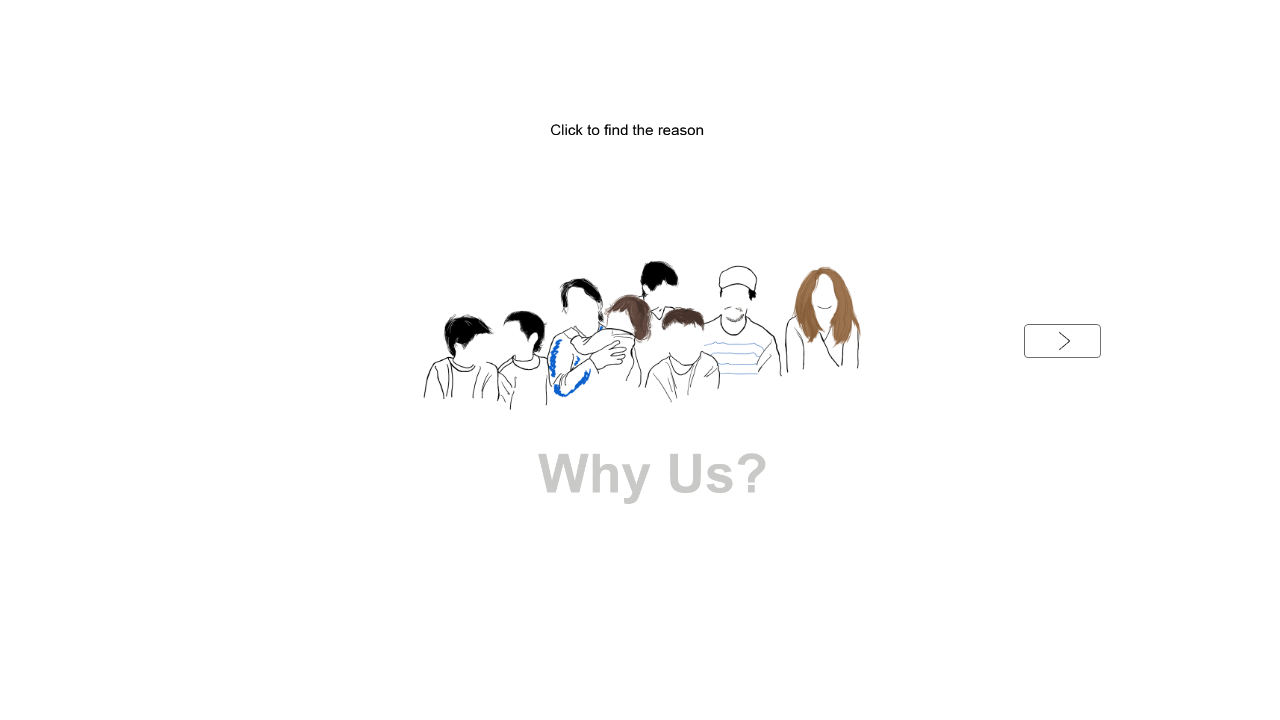
Repository: Lettie123/webpr4
Page: dis.html
The author's editor kept a copy of each file at every save. The page is drawn from the files as they stood at one save, then again after the next save.
The browser window is 1280 px wide. The pictures show the whole page.

Above is the page before, as saved 2020-12-03 14:20:10.

### dis.html
<html>
    <head>
        <meta charset="UTF-8">
        <meta name="viewport" content="width=device-width,initial-scale=1" />
        <meta name="viewport" content="width=device-width,initial-scale=1.0,maximum-scale=1.0,user-scalable=no">
        <link rel="stylesheet" type="text/css" href="style07.css">

<body>
    <div id="txt0">
        <div id="t1" style= "width:12%; position:absolute; top: 17%; left: 43%;">
            <img src="txt/find.png" style="width:100% ;position:absolute; top:0%; left:0%;" >
        </div>
    </div>
        <div id="whyusfm" style="width:35%; position:absolute; top:30%; left:0%;">
        <span>
            <img src="po/28.png" style="width:100% ;" >
        </span>
        </div>
        <div id="whyus"style="width:18%; position:absolute; top:62%; left:42%;">
            <span>
                <img src="txt/whyus0.png" style="width:100% ;" >
            </span>
        </div>

        <div id="chatb" style="display:none; width:27%; position:absolute; top:10%; left:7%;  ">
            <img src="reason/cbox.png" style="width:100%;" >
        </div>
    <div id="begain" onclick="change0()" style="width:6%; position:absolute; top:45%; left:80%;">
        <img src="img/right.png" style="width:100%;">
    </div>


    <div id="block" style="display: none;">
    </div>
    <div id="block3">
    </div>

        <div id="ren" style="display: none;">
        <img src="pepic/ren.png" style="width:22% ;position:absolute; top:29%; left:49%;" >
        </div>

        <div id="block2" style="display:none;">
            <div id="txta1" style="position:absolute; top:5%; left:4%; width:260px;">
            <h1 style="font-size:14px; font-style: italic; font-weight:normal; line-height: 20px; ">
                “Europe’s Roma minorities, long victims of discrimination and persecution, are typically the most vulnerable group to statelessness in the region.”
            </h1>
            </div>
        </div>

        <div id="r01" style="display: none; width:16% ;position:absolute; top:32%; left:63%;">
        <img src="pepic/R.png" style="width:100%;">
        </div>
        <div id="r02" style="display: none;width:16% ;position:absolute; top:32%; left:64%;">
            <img src="pepic/oma.png" style="width:100%;">
        </div>

        <div id="r01a" style="display: none; width:16% ;position:absolute; top:32%; left:63%;">
            <img src="pepic/R.png" style="width:100%;">
        </div>
        <div id="r02a" style="display: none;width:16% ;position:absolute; top:32%; left:64%;">
                <img src="pepic/oma.png" style="width:100%;">
        </div>


        <div id="r01b" style="display: none; width:16% ;position:absolute; top:43%; left:63%;">
            <img src="pepic/R.png" style="width:100% ;" >
            </div>
            <div id="r02b" style="display: none; width:16% ;position:absolute; top:43%; left:64%;">
                <img src="pepic/oma.png" style="width:100% ;" >
        </div>


    </div>
    <div id="TXT">
    <div id="txt1" style="position:absolute; top:10%; left:7.5%; width:26%; display:none;">
        <img src="txt/cgen01.png" style="width:100%;" >
    </div>
    <div id="txt2" style="position:absolute; top:10%; left:7.5%; width:26%; display:none;">
        <img src="txt/dis02.png" style="width:100%;" >
    </div>
    <div id="txt3" style="position:absolute; top:10%; left:7.5%; width:26%; display:none;">
        <img src="txt/dis03.png" style="width:100%;" >
    </div>
    </div>

    <div id="word" style="display: none;">
    <div id="ra">
        <h1 style="font-size:32px; font-weight: normal; line-height: 24px; color: #ffffff;
        position:absolute; top:30%; left:55%">Racism</h1>
    </div>
    <div id="rb">
        <h1 style="font-size:32px; font-weight: normal; line-height: 24px; color: #ffffff;
        position:absolute; top:42%; left:65%">Discrimination</h1>
    </div>
    <div id="rc">
        <h1 style="font-size:32px; font-weight: normal; line-height: 24px; color: #ffffff;
        position:absolute; top:34%; left:80%">War</h1>
    </div>
    <div id="rd">
        <h1 style="font-size:24px; font-weight: normal; line-height: 24px; color: #828181;
        position:absolute; top:42%; left:55%">History</h1>
    </div>
    <div id="re">
        <h1 style="font-size:24px; font-weight: normal; line-height: 24px; color: #828181;
        position:absolute; top:39%; left:75%">State Dissolution</h1>
    </div>
    <div id="rf">
        <h1 style="font-size:24px; font-weight: normal; line-height: 24px; color: #828181;
        position:absolute; top:36%; left:60%">National laws</h1>
    </div>
    <div id="rg">
        <h1 style="font-size:24px; font-weight: normal; line-height: 24px; color: #828181;
        position:absolute; top:29%; left:66%">Lack Document</h1>
    </div>
    <div id="rh">
        <h1 style="font-size:24px; font-weight: normal; line-height: 24px; color: #828181;
        position:absolute; top:26%; left:50%">Language</h1>
    </div>
    <div id="ri">
        <h1 style="font-size:32px; font-weight: normal; line-height: 24px; color: #ffffff;
        position:absolute; top:24%; left:85%">...</h1>
    </div>
    </div>

    <div id="line1" style="display:none;"></div>
    <div id="why" onclick="change1()" style="display: none; width: 13%; position: absolute; top: 50%; left:12.5%;">
        <img src="txt/whybu.png" style="width:100%;" >
    </div>

    <div id="others" onclick="change3()" style="display: none; width: 13%; position: absolute; top: 70%; left:12.5%;">
        <img src="txt/others.png" style="width:100%;" >
    </div>

    <style type="text/css">
        span{
        font-size: 30px;
        }
    </style>

    <div id="minority01" style="display:none;" >
        <div id="line02"></div>
        <h1 style="font-size:30px; font-weight:bold; line-height: 35px; color: #2a5ea3; position:absolute; top:34%; left:15%; ">
           Statelessness</br>
           &Minorities
        </h1>
        <h2 style="font-size:16px; font-weight:normal; line-height: 20px; color: #ffffff; position:absolute; top:47%; left:16%; text-align: justify; ">
            Minorities are especially vulnerable to statelessness.
        </h2>
        <h3 style="font-size:16px; font-weight:normal; line-height: 20px; color: #ffffff; position:absolute; top:60%; left:15%; text-align: justify;  ">
            Minorities make up a large portion of the world’s stateless population. This is due in part to indirect discrimination: as marginalized communities, they are especially likely to struggle with lack of resources and limited access to official systems of registration
        </h3>
        <h4 style="font-size:16px; font-weight:normal; line-height: 20px; color: #ffffff; position:absolute; top:13%; left:15%; text-align: justify;  ">
            <span>Minorities are</span> disadvantaged ethnic, national, religious, linguistic or cultural groups who are smaller in number than the rest of the population
        </h4>

    </div>
    <div id="mpeople"  style="display:none;" >
        <img src="pepic/minority.png" style="width:45%;" >
    </div>

    <div id="line1b" style="display: none;"></div>

    <div id="next"   style="display:none;" onclick="change5()">
        <div style="position: absolute; top:18%; left:30%; width:260px; color:white"> Next?</div>
        <img src="img/down1.png" style="width:6%;position: absolute; top:32%; left:60% " >
    </div>

    <script>
        function change5(){
        window.location.href="st.html";
        }
        function change3(){
        document.getElementById("block2").style.display="none";
        document.getElementById("ren").style.display="none";
        document.getElementById("r01b").style.display="none";
        document.getElementById("others").style.display="none";
        document.getElementById("block").style.WebkitAnimationPlayState = "running";
        document.getElementById("block3").style.WebkitAnimationPlayState = "running";
        document.getElementById("minority01").style.display="block";
        document.getElementById("mpeople").style.display="block";
        document.getElementById("line1b").style.display="block";
        document.getElementById("next").style.display="block";
        }
        function change2(){
        document.getElementById("word").style.display="none";
        document.getElementById("txt2").style.display="none";
        document.getElementById("txt3").style.display="block";
        document.getElementById("line1").style.display="none";
        document.getElementById("r01a").style.display="none";
        document.getElementById("r02a").style.display="none";
        document.getElementById("r01b").style.display="block";
        document.getElementById("r02b").style.display="block";
        document.getElementById("ren").style.display="block";
        document.getElementById("block2").style.display="block";
        document.getElementById("why").style.display="none";
        document.getElementById("others").style.display="block";
        }
        function change1(){
        document.getElementById("line1").style.display="block";
        document.getElementById("txt1").style.display="none";
        document.getElementById("txt2").style.display="block";
        document.getElementById("r01").style.display="none";
        document.getElementById("r02").style.display="none";
        document.getElementById("r01a").style.display="block";
        document.getElementById("r02a").style.display="block";
        document.getElementById("word").style.display="block";
        document.getElementById("why").onclick=change2;
        }
        function change0(){
            document.getElementById("whyusfm").style.WebkitAnimationPlayState = "running";
            document.getElementById("block").style.display="block";
            document.getElementById("chatb").style.display="block";
            document.getElementById("whyus").style.display="none";
            document.getElementById("r01").style.display="block";
            document.getElementById("r02").style.display="block";
            document.getElementById("txt1").style.display="block";
            document.getElementById("txt0").style.display="none";
            document.getElementById("why").style.display="block";
        }
    </script>


</body>

### style07.css
body {
	overflow:scroll;
    overflow-y:hidden;
    overflow-x:hidden;
}
#block{
    height: 100%;
    width: 100%;
    background-color: black;
    top:0;
    left:40%;
    right:0;
	bottom:0;
    position: absolute;
}
#block{
    animation:block 1.2s;
    -webkit-animation:block 1.2s;
    animation-iteration-count:1;
    -webkit-animation-iteration-count:1;
    animation-fill-mode: forwards;
    -webkit-animation-fill-mode: forwards;
}
@keyframes block {
    0% {left:100%;}
	to {left:40%;}
}
#why:hover {
    opacity: 0.3;
}
#why{
    animation:why 2s;
    -webkit-animation:why 2s;
    animation-iteration-count:1;
    -webkit-animation-iteration-count:1;
    animation-fill-mode: forwards;
    -webkit-animation-fill-mode: forwards;
}
@keyframes why {
    0% {top:120%;}
    70% {top:120%;}
	to {top:70%;}
}
#txt1{
    animation:txt1 2s;
    -webkit-animation:txt1 2s;
    animation-iteration-count:1;
    -webkit-animation-iteration-count:1;
    animation-fill-mode: forwards;
    -webkit-animation-fill-mode: forwards;
}
@keyframes txt1 {
    0% {top:25%;opacity: 0;}
    70% {top:25%;opacity: 0;}
	to {top:14%;opacity: 1;}
}
#line1{
    height: 3px;
    width: 60%;
    top:38%;
    left:40%;
    right:0;
    bottom:0;
    background-color:#ffffff;
    position: absolute;
}
#line1{
    animation:line1 3s;
    -webkit-animation:line1 3s;
    animation-iteration-count:1;
    -webkit-animation-iteration-count:1;
    animation-fill-mode: forwards;
    -webkit-animation-fill-mode: forwards;
}
@keyframes line1 {
    0% {width: 0%; top:36%;}
    40%{width:60%; top:36%;}
    70% {top:36%; width:60%;}
	to {top:50%; width:60%;}
}

#txt2{
    animation:txt2 0.8s;
    -webkit-animation:txt2 0.8s;
    animation-iteration-count:1;
    -webkit-animation-iteration-count:1;
    animation-fill-mode: forwards;
    -webkit-animation-fill-mode: forwards;
}
@keyframes txt2 {
	0% {top:35%;opacity: 0;}
	to {top:13%;opacity: 1;}
}
#ra{
    animation:ra 3s;
    -webkit-animation:ra 3s;
    animation-iteration-count:1;
    -webkit-animation-iteration-count:1;
    animation-fill-mode: forwards;
    -webkit-animation-fill-mode: forwards;
}
@keyframes ra {
    0% {opacity: 0;}
	70% {opacity: 0;}
	to {opacity: 1;}
}
#rb{
    animation:rb 3s;
    -webkit-animation:rb 3s;
    animation-iteration-count:1;
    -webkit-animation-iteration-count:1;
    animation-fill-mode: forwards;
    -webkit-animation-fill-mode: forwards;
}
@keyframes rb {
    0% {opacity: 0;}
	85% {opacity: 0;}
	to {opacity: 1;}
}
#rc{
    animation:rc 4s;
    -webkit-animation:rc 4s;
    animation-iteration-count:1;
    -webkit-animation-iteration-count:1;
    animation-fill-mode: forwards;
    -webkit-animation-fill-mode: forwards;
}
@keyframes rc {
    0% {opacity: 0;}
	70% {opacity: 0;}
	to {opacity: 1;}
}
#rd{
    animation:rd 4s;
    -webkit-animation:rd 4s;
    animation-iteration-count:1;
    -webkit-animation-iteration-count:1;
    animation-fill-mode: forwards;
    -webkit-animation-fill-mode: forwards;
}
@keyframes rd {
    0% {opacity: 0;}
	85% {opacity: 0;}
	to {opacity: 1;}
}
#re{
    animation:re 5s;
    -webkit-animation:re 5s;
    animation-iteration-count:1;
    -webkit-animation-iteration-count:1;
    animation-fill-mode: forwards;
    -webkit-animation-fill-mode: forwards;
}
@keyframes re {
    0% {opacity: 0;}
	70% {opacity: 0;}
	to {opacity: 1;}
}
#rf{
    animation:rf 5s;
    -webkit-animation:rf 5s;
    animation-iteration-count:1;
    -webkit-animation-iteration-count:1;
    animation-fill-mode: forwards;
    -webkit-animation-fill-mode: forwards;
}
@keyframes rf {
    0% {opacity: 0;}
	85% {opacity: 0;}
	to {opacity: 1;}
}
#rg{
    animation:rg 6s;
    -webkit-animation:rg 6s;
    animation-iteration-count:1;
    -webkit-animation-iteration-count:1;
    animation-fill-mode: forwards;
    -webkit-animation-fill-mode: forwards;
}
@keyframes rg {
    0% {opacity: 0;}
	70% {opacity: 0;}
	to {opacity: 1;}
}
#rh{
    animation:rh 6s;
    -webkit-animation:rh 6s;
    animation-iteration-count:1;
    -webkit-animation-iteration-count:1;
    animation-fill-mode: forwards;
    -webkit-animation-fill-mode: forwards;
}
@keyframes rh {
    0% {opacity: 0;}
	85% {opacity: 0;}
	to {opacity: 1;}
}
#ri{
    animation:ri 6s;
    -webkit-animation:ri 6s;
    animation-iteration-count:1;
    -webkit-animation-iteration-count:1;
    animation-fill-mode: forwards;
    -webkit-animation-fill-mode: forwards;
}
@keyframes ri {
    0% {opacity: 0;}
	85% {opacity: 0;}
	to {opacity: 1;}
}
#txt3{
    animation:txt3 0.7s;
    -webkit-animation:txt3 0.7s;
    animation-iteration-count:1;
    -webkit-animation-iteration-count:1;
    animation-fill-mode: forwards;
    -webkit-animation-fill-mode: forwards;
}
@keyframes txt3 {
	0% {top:28%;opacity: 0;}
	to {top:12%;opacity: 1;}
}
#r01b{
    animation:r01b 3s;
    -webkit-animation:r01b 3s;
    animation-iteration-count:1;
    -webkit-animation-iteration-count:1;
    animation-fill-mode: forwards;
    -webkit-animation-fill-mode: forwards;
}
@keyframes r01b {
    0% {top:43%;}
    50% {top:32%;}
	to {top:32%;}
}
#r02b{
    animation:r02b 3s;
    -webkit-animation:r02b 3s;
    animation-iteration-count:1;
    -webkit-animation-iteration-count:1;
    animation-fill-mode: forwards;
    -webkit-animation-fill-mode: forwards;
}
@keyframes r02b {
    0% {top:43%; opacity: 1;}
    50% {top:32%;opacity: 1;}
	to {top:32%;opacity: 0;}
}
#ren{
    animation:ren 3s;
    -webkit-animation:ren 3s;
    animation-iteration-count:1;
    -webkit-animation-iteration-count:1;
    animation-fill-mode: forwards;
    -webkit-animation-fill-mode: forwards;
}
@keyframes ren {
    0% {opacity: 0;}
    70% {opacity: 0;}
	to {opacity: 0.7;}
}
#block2{
	text-align: justify;
	background-color:rgba(255, 255, 255, 0.1);
	width: 290px;
    height: 120px;
	position: absolute;
	left: 82%;
    top: 46%;
    font-family: Arial;
    color:white;
	transform: translate(-50%,-50%);
}
#block2{
    animation:block2 4s;
    -webkit-animation:block2 4s;
    animation-iteration-count:1;
    -webkit-animation-iteration-count:1;
    animation-fill-mode: forwards;
    -webkit-animation-fill-mode: forwards;
}
@keyframes block2 {
    0% {left:90%;opacity: 0;}
    80% {left:90%;opacity: 0;}
	to {left:83%;opacity: 1;}
}
#others:hover {
    opacity: 0.3;
}
#block3{
    height: 100%;
    width: 30%;
    background-color: #131313;
    top:0;
    left:100%;
    right:0;
	bottom:0;
    position: absolute;
}
#block3{
    animation:block3 1.2s;
    -webkit-animation:block3 1.2s;
    -webkit-animation-play-state:paused;
    animation-iteration-count:1;
    -webkit-animation-iteration-count:1;
    animation-fill-mode: forwards;
    -webkit-animation-fill-mode: forwards;
}
@keyframes block3 {
    0% {left:100%;}
	to {left:70%;}
}
#line02{
    height: 140px;
    width: 3px;
    top:35%;
    left:13%;
    right:0;
    bottom:0;
    background-color:#2a5ea3;
    position: absolute;
}
#minority01{
    animation:minority01 4s;
    -webkit-animation:minority01 4s;
    animation-iteration-count:1;
    -webkit-animation-iteration-count:1;
    animation-fill-mode: forwards;
    -webkit-animation-fill-mode: forwards;
}
@keyframes minority01 {
    0% {top:140%;}
    50% {top:140%;}
	to {top:45%;}
}
#minority01{
	width: 25%;
    height: 90%;
    position: absolute;
	left: 83%;
	top: 50%;
	transform: translate(-50%,-50%);
}
#mpeople{
	width: 100%;
    position: absolute;
	left: 60%;
	top: 48%;
	transform: translate(-50%,-50%);
}
#line1b{
    height: 3px;
    width: 23%;
    top:17%;
    left:50%;
    right:0;
    bottom:0;
    background-color:#2a5ea3;
    position: absolute;
}
#line1b{
    animation:line1b 4s;
    -webkit-animation:line1b 4s;
    animation-iteration-count:1;
    -webkit-animation-iteration-count:1;
    animation-fill-mode: forwards;
    -webkit-animation-fill-mode: forwards;
}
@keyframes line1b {
    0% {width: 0%;}
    80% {width: 0%;}
	to {width: 23%;}
}
#mpeople{
    animation:mpeople 3s;
    -webkit-animation:mpeople 3s;
    animation-iteration-count:1;
    -webkit-animation-iteration-count:1;
    animation-fill-mode: forwards;
    -webkit-animation-fill-mode: forwards;
}
@keyframes mpeople {
    0% {opacity: 0;}
    30% {opacity: 0;}
	to {opacity:1;}
}
#next{
    width: 20%;
    height: 5%;
    border-radius: 20px;
    border:1px solid white;
    position: absolute;
	left: 85%;
	top: 70%;
	transform: translate(-50%,-50%);
}
#next:hover {
    opacity: 0.3;
}
#next{
    animation:next 4s;
    -webkit-animation:next 4s;
    animation-iteration-count:1;
    -webkit-animation-iteration-count:1;
    animation-fill-mode: forwards;
    -webkit-animation-fill-mode: forwards;
}
@keyframes next {
    0% {top:120%;}
    70% {top:120%;}
	to {top:90%;}
}
#whyusfm{
    animation:whyusfm 1.2s;
    -webkit-animation:whyusfm 1.2s;
    -webkit-animation-play-state:paused;
    animation-iteration-count:1;
    -webkit-animation-iteration-count:1;
    animation-fill-mode: forwards;
    -webkit-animation-fill-mode: forwards;
}
@keyframes whyusfm {
    0% {left:33%;}
	to {left:3%;}
}

  #begain:hover {
  opacity: 0.3;
}
#r01{
    animation:r01  2s;
    -webkit-animation:r01  2s;
    animation-iteration-count:1;
    -webkit-animation-iteration-count:1;
    animation-fill-mode: forwards;
    -webkit-animation-fill-mode: forwards;
}
@keyframes r01 {
    0% {opacity: 0;}
    50% {opacity: 0;}
	to {opacity: 1;}
}
#r02{
    animation:r02  2s;
    -webkit-animation:r02  2s;
    animation-iteration-count:1;
    -webkit-animation-iteration-count:1;
    animation-fill-mode: forwards;
    -webkit-animation-fill-mode: forwards;
}
@keyframes r02 {
    0% {opacity: 0;}
    50% {opacity: 0;}
	to {opacity: 1;}
}
#chatb{
    animation:chatb 2s;
    -webkit-animation:chatb 2s;
    animation-iteration-count:1;
    -webkit-animation-iteration-count:1;
    animation-fill-mode: forwards;
    -webkit-animation-fill-mode: forwards;
}
@keyframes chatb {
    0% {opacity: 0;}
    50% {opacity: 0;}
	to {opacity:1;}
}
#r01a{
    animation:r01a 3s;
    -webkit-animation:r01a 3s;
    animation-iteration-count:1;
    -webkit-animation-iteration-count:1;
    animation-fill-mode: forwards;
    -webkit-animation-fill-mode: forwards;
}
@keyframes r01a {
    0% {top:32%;}
    70% {top:32%;}
	to {top:43%;}
}
#r02a{
    animation:r02a 3s;
    -webkit-animation:r02a 3s;
    animation-iteration-count:1;
    -webkit-animation-iteration-count:1;
    animation-fill-mode: forwards;
    -webkit-animation-fill-mode: forwards;
}
@keyframes r02a {
    0% {top:32%;}
    70% {top:32%;}
	to {top:43%;}
}

After the next save:
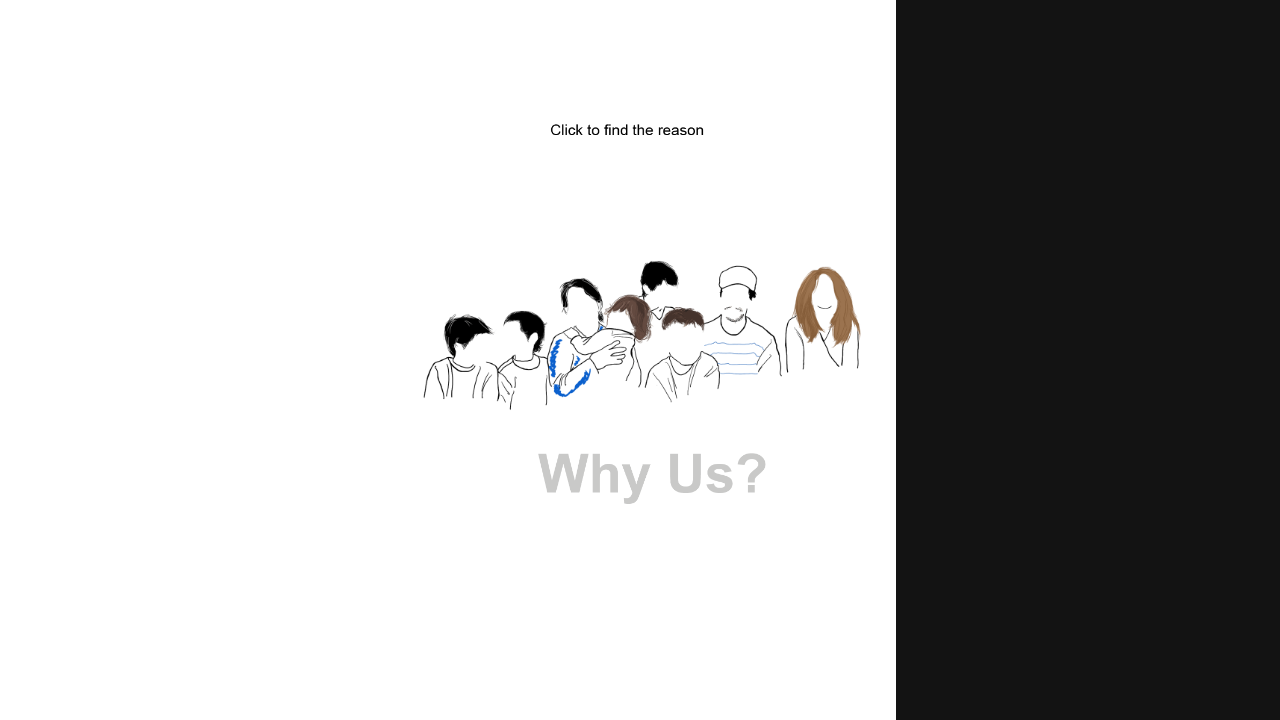
Saved 54 s later.
--- a/style07.css
+++ b/style07.css
@@ -289,7 +289,7 @@
 }
 #block3{
     height: 100%;
-    width: 30%;
+    width: 70%;
     background-color: #131313;
     top:0;
     left:100%;
@@ -300,7 +300,7 @@
 #block3{
     animation:block3 1.2s;
     -webkit-animation:block3 1.2s;
-    -webkit-animation-play-state:paused;
+    /* -webkit-animation-play-state:paused; */
     animation-iteration-count:1;
     -webkit-animation-iteration-count:1;
     animation-fill-mode: forwards;

After the save that followed:
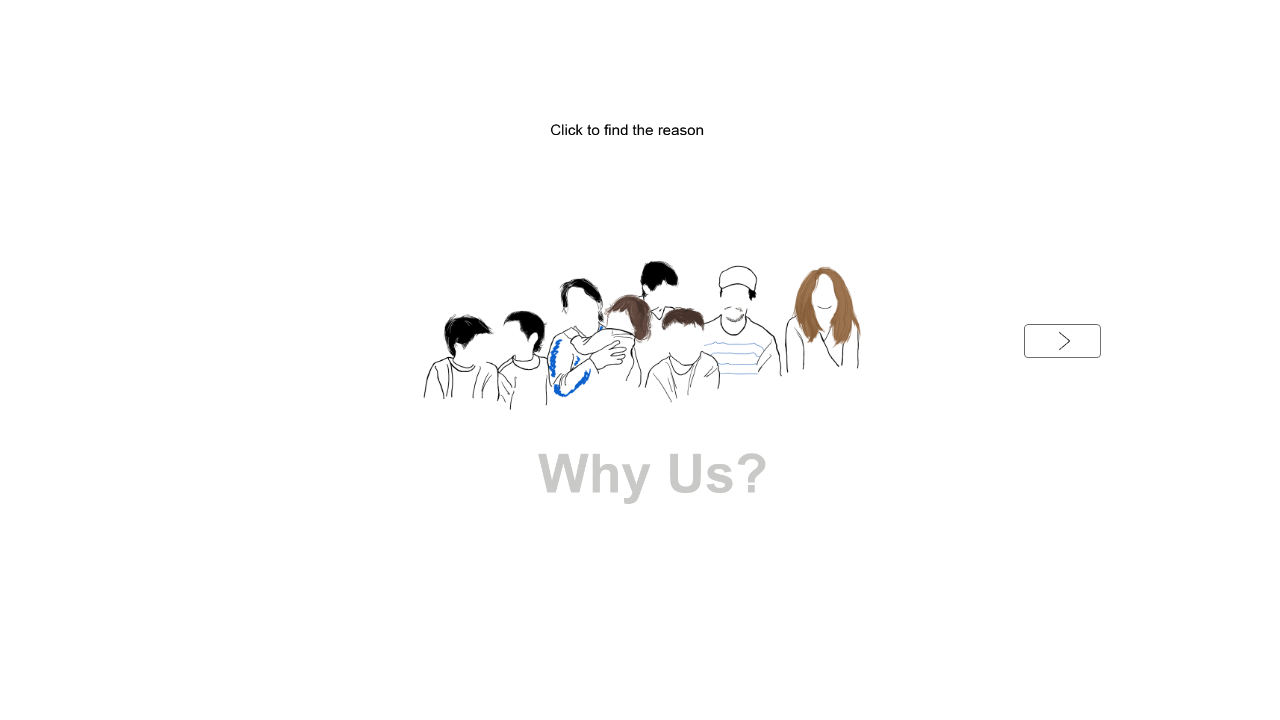
Saved 9 s later.
--- a/style07.css
+++ b/style07.css
@@ -289,7 +289,7 @@
 }
 #block3{
     height: 100%;
-    width: 70%;
+    width: 30%;
     background-color: #131313;
     top:0;
     left:100%;
@@ -300,7 +300,7 @@
 #block3{
     animation:block3 1.2s;
     -webkit-animation:block3 1.2s;
-    /* -webkit-animation-play-state:paused; */
+    -webkit-animation-play-state:paused;
     animation-iteration-count:1;
     -webkit-animation-iteration-count:1;
     animation-fill-mode: forwards;
